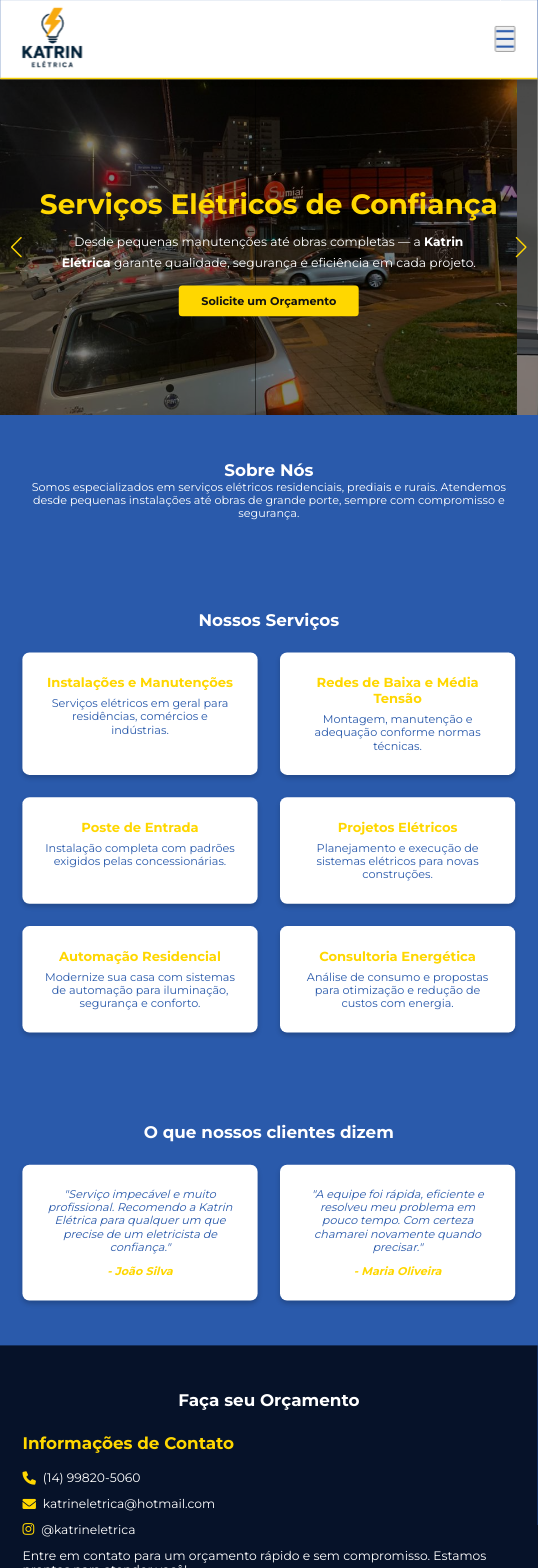
Repository: Jvcamargo1/katrin-site
Page: index.html
These files come from the project's save history. The page is drawn as it stood at one moment and after the next save; the edit follows.
The browser window is 768 px wide. The pictures show the part of the page from y = 0 to 2240 px (the page is 3013 px tall before and 2987 px after), at 70% of full size.

Above is the page before, as saved 2025-11-07 00:02:52.

### index.html
<!DOCTYPE html>
<html lang="pt-BR">
<head>
  <meta charset="UTF-8" />
  <meta name="viewport" content="width=device-width, initial-scale=1.0" />
  <title>Katrin Elétrica | Serviços Elétricos em Geral</title>
  <link rel="stylesheet" href="assets/css/style.css">
  <link rel="stylesheet" href="https://cdnjs.cloudflare.com/ajax/libs/font-awesome/6.0.0-beta3/css/all.min.css">
  <!-- 1. Adicionar o CSS do Swiper.js -->
  <link rel="stylesheet" href="https://cdn.jsdelivr.net/npm/swiper@11/swiper-bundle.min.css" />
</head>
<body>
  <header>
    <div class="logo">
      <img src="assets/images/logoke.png" alt="Logo Katrin Elétrica" />
    </div>
    <button class="menu-toggle" id="menu-toggle" aria-label="Abrir menu">
      <span class="bar"></span>
      <span class="bar"></span>
      <span class="bar"></span>
    </button>
    <nav id="nav">
      <a href="#sobre">Sobre</a>
      <a href="#servicos">Serviços</a>
      <a href="#depoimentos">Depoimentos</a>
      <a href="#contato">Contato</a>
    </nav>
  </header>

  <main>
    <section id="hero">
      <!-- Estrutura do Carrossel -->
      <div class="swiper hero-carousel">
        <div class="swiper-wrapper">
          <!-- Slides com imagens de exemplo (substitua pelas suas) -->
          <div class="swiper-slide"><img src="assets/images/servico-1.jpg" alt="Instalação de quadro elétrico"></div>
          <div class="swiper-slide"><img src="assets/images/servico-2.jpg" alt="Manutenção em rede de média tensão"></div>
          <div class="swiper-slide"><img src="assets/images/servico-3.jpg" alt="Projeto de automação residencial"></div>
        </div>
        <!-- Botões de navegação -->
        <div class="swiper-button-next"></div>
        <div class="swiper-button-prev"></div>
      </div>
      <!-- Conteúdo sobreposto -->
      <div class="hero-content">
        <h2>Serviços Elétricos de Confiança</h2>
        <p>Desde pequenas manutenções até obras completas — a <strong>Katrin Elétrica</strong> garante qualidade, segurança e eficiência em cada projeto.</p>
        <a href="#contato" class="cta-button">Solicite um Orçamento</a>
      </div>
    </section>

    <section id="sobre">
      <h2>Sobre Nós</h2>
      <p>Somos especializados em serviços elétricos residenciais, prediais e rurais. Atendemos desde pequenas instalações até obras de grande porte, sempre com compromisso e segurança.</p>
    </section>

    <section id="servicos">
      <h2>Nossos Serviços</h2>
      <div class="servicos ">
        <div class="card hidden">
          <h3>Instalações e Manutenções</h3>
          <p>Serviços elétricos em geral para residências, comércios e indústrias.</p>
        </div>
        <div class="card hidden">
          <h3>Redes de Baixa e Média Tensão</h3>
          <p>Montagem, manutenção e adequação conforme normas técnicas.</p>
        </div>
        <div class="card hidden">
          <h3>Poste de Entrada</h3>
          <p>Instalação completa com padrões exigidos pelas concessionárias.</p>
        </div>
        <div class="card hidden">
          <h3>Projetos Elétricos</h3>
          <p>Planejamento e execução de sistemas elétricos para novas construções.</p>
        </div>
        <div class="card hidden">
          <h3>Automação Residencial</h3>
          <p>Modernize sua casa com sistemas de automação para iluminação, segurança e conforto.</p>
        </div>
        <div class="card hidden">
          <h3>Consultoria Energética</h3>
          <p>Análise de consumo e propostas para otimização e redução de custos com energia.</p>
        </div>
      </div>
    </section>

    <section id="depoimentos">
      <h2>O que nossos clientes dizem</h2>
      <div class="depoimentos">
        <div class="depoimento-card hidden">
          <p>"Serviço impecável e muito profissional. Recomendo a Katrin Elétrica para qualquer um que precise de um eletricista de confiança."</p>
          <p class="autor">- João Silva</p>
        </div>
        <div class="depoimento-card hidden">
          <p>"A equipe foi rápida, eficiente e resolveu meu problema em pouco tempo. Com certeza chamarei novamente quando precisar."</p>
          <p class="autor">- Maria Oliveira</p>
        </div>
      </div>
    </section>

    <section id="contato">
      <h2>Faça seu Orçamento</h2>
      <div class="contato-wrapper">
        <div class="contato-info">
          <h3>Informações de Contato</h3>
          <p><i class="fas fa-phone"></i> <a href="https://wa.me/5514998205060" target="_blank">(14) 99820-5060</a></p>
          <p><i class="fas fa-envelope"></i> <a href="mailto:katrineletrica@hotmail.com">katrineletrica@hotmail.com</a></p>
          <p><i class="fab fa-instagram"></i> <a href="https://instagram.com/katrineletrica" target="_blank">@katrineletrica</a></p>
          <p>Entre em contato para um orçamento rápido e sem compromisso. Estamos prontos para atender você!</p>
        </div>
        <div class="contato-form-wrapper">
          <form class="contato-form" id="contact-form">
            <div class="form-group">
              <label for="nome">Nome</label>
              <input type="text" id="nome" name="nome" placeholder="Seu Nome" required>
            </div>
            <div class="form-group">
              <label for="email">E-mail</label>
              <input type="email" id="email" name="email" placeholder="Seu E-mail" required>
            </div>
            <div class="form-group">
              <label for="telefone">Telefone</label>
              <input type="tel" id="telefone" name="telefone" placeholder="(XX) XXXXX-XXXX">
            </div>
            <div class="form-group">
              <label for="mensagem">Mensagem</label>
              <textarea id="mensagem" name="mensagem" placeholder="Descreva o serviço que você precisa" required></textarea>
            </div>
            <button type="submit" class="cta-button">Enviar Pedido de Orçamento</button>
          </form>
          <p id="form-message"></p>
        </div>
      </div>
    </section>
  </main>

  <footer>
    <div class="social-links">
      <a href="https://instagram.com/katrineletrica" target="_blank"><img src="assets/images/instalogo.png" alt="Instagram" class="social-icon"></a>
      <a href="https://wa.me/5514998205060" target="_blank"><img src="assets/images/wpplogov.png" alt="WhatsApp" class="social-icon"></a>
    </div>
    <p id="footer-year">© 2025 Katrin Elétrica — Todos os direitos reservados.</p>
  </footer>

  <!-- 2. Adicionar o JavaScript do Swiper.js -->
  <script src="https://cdn.jsdelivr.net/npm/swiper@11/swiper-bundle.min.js"></script>

  <script>
    const toggle = document.getElementById("menu-toggle");
    const nav = document.getElementById("nav");
    toggle.addEventListener("click", () => nav.classList.toggle("active"));

    const contactForm = document.getElementById('contact-form');
    const formMessage = document.getElementById('form-message');
    const submitButton = contactForm.querySelector('button[type="submit"]');

    contactForm.addEventListener('submit', function (e) {
      e.preventDefault();

      const formData = new FormData(this);
      const data = {
        nome: formData.get('nome'),
        email: formData.get('email'),
        telefone: formData.get('telefone'),
        mensagem: formData.get('mensagem'),
      };

      // Mostra a mensagem de "Enviando..." e desabilita o botão
      formMessage.textContent = 'Enviando...';
      formMessage.style.color = 'var(--amarelo)';
      submitButton.disabled = true;

      // Simula um tempo de espera de 1.5 segundos (como se estivesse enviando)
      setTimeout(() => {
        // Exibe a mensagem de sucesso
        formMessage.textContent = 'Mensagem enviada com sucesso!';
        formMessage.style.color = 'lightgreen';

        // Limpa os campos do formulário
        contactForm.reset();

        // Reabilita o botão após o "envio"
        submitButton.disabled = false;

        // Opcional: faz a mensagem de sucesso desaparecer após 5 segundos
        setTimeout(() => {
          formMessage.textContent = '';
        }, 5000);
      }, 1500);
    });

    // Script para animação de entrada
    const observer = new IntersectionObserver((entries) => {
      entries.forEach((entry) => {
        if (entry.isIntersecting) {
          entry.target.classList.add('visible');
        }
      });
    });

    const hiddenElements = document.querySelectorAll('.hidden');
    hiddenElements.forEach((el) => observer.observe(el));

    // Script para atualizar o ano do rodapé automaticamente
    document.getElementById('footer-year').textContent = `© ${new Date().getFullYear()} Katrin Elétrica — Todos os direitos reservados.`;

    // 3. Inicializar o Swiper.js
    const swiper = new Swiper('.hero-carousel', {
      loop: true, // Faz o carrossel girar em loop
      autoplay: {
        delay: 5000, // Muda de imagem a cada 5 segundos
        disableOnInteraction: false,
      },
      navigation: {
        nextEl: '.swiper-button-next',
        prevEl: '.swiper-button-prev',
      },
    });
  </script>
</body>
</html>

### assets/css/style.css
@import url('https://fonts.googleapis.com/css2?family=Montserrat:wght@400;500;700&display=swap');

:root {
  --azul: #2a5aab;
  --amarelo: #ffd700;
  --branco: #ffffff;
  --preto: #121212;
}

html {
  scroll-padding-top: 100px; /* Compensa a altura do cabeçalho fixo */
}

* { box-sizing: border-box; margin: 0; padding: 0; }

body {
  font-family: 'Montserrat', sans-serif;
  background-color: var(--azul);
  color: var(--branco);
  scroll-behavior: smooth;
}

header {
  display: flex;
  justify-content: space-between;
  align-items: center;
  padding: 0.7rem 2rem;
  background-color: var(--branco); /* Alterado para branco */
  border-bottom: 2px solid var(--amarelo);
  position: sticky;
  top: 0;
  box-shadow: 0 2px 10px rgba(0, 0, 0, 0.2);
  z-index: 10;
}

.logo img {
  height: 85px;
  width: auto;
}

nav {
  display: flex;
  align-items: center;
}

nav a {
  color: var(--azul); /* Alterado para azul para contrastar com o fundo branco */
  text-decoration: none;
  margin-left: 1.5rem;
  font-weight: 500;
  transition: 0.3s;
}

nav a:hover {
  color: var(--amarelo);
}

.menu-toggle {
  display: none;
  flex-direction: column;
  cursor: pointer;
}

.menu-toggle .bar {
  width: 25px;
  height: 3px;
  background: var(--azul); /* Alterado para azul para combinar com os links */
  margin: 4px 0;
  transition: 0.3s;
}

@media (max-width: 768px) {
  nav {
    display: none;
    flex-direction: column;
    position: absolute;
    top: 70px;
    right: 0;
    width: 100%;
    background: var(--branco); /* Alterado para branco no menu mobile também */
    text-align: center;
    padding: 1rem 0;
    border-top: 1px solid var(--amarelo);
  }

  nav.active { display: flex; }

  .menu-toggle { display: flex; }

  nav a { margin: 1rem 0; font-size: 1.1rem; }
}

section { padding: 4rem 2rem; text-align: center; }

#hero {
  position: relative; /* Essencial para o conteúdo sobreposto */
  padding: 0; /* Removemos o padding para o carrossel ocupar tudo */
  height: 60vh; /* Altura da seção hero, ajuste conforme preferir */
  color: var(--branco);
}

.hero-carousel {
  position: absolute;
  top: 0;
  left: 0;
  width: 100%;
  height: 100%;
}

.hero-carousel .swiper-slide img {
  width: 100%;
  height: 100%;
  object-fit: cover; /* Garante que a imagem cubra o slide sem distorcer */
}

/* Adiciona uma sobreposição escura para melhorar a legibilidade do texto */
.hero-carousel::after {
  content: '';
  position: absolute;
  top: 0;
  left: 0;
  width: 100%;
  height: 100%;
  background-color: rgba(0, 0, 0, 0.5); /* Sobreposição preta com 50% de opacidade */
  z-index: 1;
}

.hero-content {
  position: relative; /* Fica acima do carrossel */
  z-index: 2;
  text-align: center;
  /* Centraliza o conteúdo verticalmente e horizontalmente */
  position: absolute;
  top: 50%;
  left: 50%;
  transform: translate(-50%, -50%);
  width: 90%; /* Garante que não toque as bordas em telas pequenas */
  max-width: 800px; /* Limita a largura do texto para melhor leitura */
}

.hero-content h2 {
  font-size: 2.5rem;
  color: var(--amarelo);
  font-weight: 700;
}

.hero-content p {
  max-width: 600px;
  margin: 1rem auto 2rem;
  font-size: 1.1rem;
  line-height: 1.6;
}

.cta-button {
  background-color: var(--amarelo);
  color: var(--preto);
  padding: 0.8rem 2rem;
  border-radius: 5px;
  text-decoration: none;
  font-weight: 700;
  transition: background-color 0.3s;
}

.cta-button:hover {
  background-color: #ffed4a;
}

/* Estilizando as setas de navegação do Swiper */
.swiper-button-next, .swiper-button-prev {
  color: var(--amarelo) !important;
}
.swiper-button-next:after, .swiper-button-prev:after {
  font-size: 30px !important;
}

#servicos h2 {
  margin-bottom: 2rem; /* Adiciona espaço abaixo do título "Nossos Serviços" */
}

#depoimentos h2 {
  margin-bottom: 2rem; /* Adiciona espaço abaixo do título "O que nossos clientes dizem" */
}

.servicos, .depoimentos {
  display: grid;
  grid-template-columns: repeat(auto-fit, minmax(250px, 1fr));
  gap: 2rem;
  max-width: 1000px;
  margin: auto;
}

.card, .depoimento-card {
  background-color: var(--branco);
  color: var(--azul);
  border-radius: 10px;
  padding: 2rem;
  box-shadow: 0 4px 8px rgba(0,0,0,0.2);
  transition: transform 0.3s;
}

.card:hover, .depoimento-card:hover {
  transform: translateY(-10px);
}

.card h3 {
  color: var(--amarelo);
  margin-bottom: 0.5rem;
}

.depoimento-card p {
  font-style: italic;
}

.depoimento-card .autor {
  margin-top: 1rem;
  font-weight: 700;
  color: var(--amarelo);
}

#contato p, #contato a {
  color: var(--branco);
  font-size: 1.1rem;
  text-decoration: none;
}

#contato a:hover { color: var(--amarelo); }

footer {
  background-color: #061229;
  padding: 2rem 1rem;
  text-align: center;
  color: #aaa;
  font-size: 0.9rem;
}

#contato {
  background-color: #061229;
}

#contato h2 {
  margin-bottom: 2rem; /* Adiciona espaço abaixo do título "Faça seu Orçamento" */
}

.contato-wrapper {
  display: flex;
  gap: 3rem;
  max-width: 1100px;
  margin: auto;
  align-items: flex-start;
}

.contato-info,
.contato-form-wrapper {
  flex: 1;
  text-align: left;
}

.contato-info h3 {
  color: var(--amarelo);
  margin-bottom: 1.5rem;
  font-size: 1.5rem;
}

.contato-info p {
  margin-bottom: 1rem;
  display: flex;
  align-items: center;
  gap: 10px;
}

.contato-info i {
  color: var(--amarelo);
  font-size: 1.2rem;
}

.contato-form .form-group {
  margin-bottom: 1.5rem;
}

.contato-form label {
  display: block;
  margin-bottom: 0.5rem;
  font-weight: 500;
  color: var(--branco);
}

.contato-form input,
.contato-form textarea {
  width: 100%;
  padding: 0.8rem;
  border: 1px solid var(--amarelo);
  border-radius: 5px;
  background-color: var(--azul);
  color: var(--branco);
  font-family: inherit;
}

.contato-form input:focus,
.contato-form textarea:focus {
  outline: none;
  border-color: var(--amarelo);
  box-shadow: 0 0 8px rgba(255, 215, 0, 0.5);
}

.contato-form input::placeholder,
.contato-form textarea::placeholder {
  color: #ccc;
}

.contato-form textarea {
  min-height: 120px;
  resize: vertical;
}

.contato-form .cta-button {
  width: 100%;
  border: none;
  cursor: pointer;
}

.social-links {
  margin-bottom: 1rem;
}

.social-icon {
  width: 30px;
  height: 30px;
  margin: 0 10px;
  transition: transform 0.3s;
}

.social-icon:hover {
  transform: scale(1.1);
}

@media (max-width: 768px) {
  .contato-wrapper {
    flex-direction: column;
  }
}

/* Estilos para animação de entrada */
.hidden {
  opacity: 0;
  transform: translateY(20px);
  transition: opacity 0.6s ease-out, transform 0.6s ease-out;
}

.visible {
  opacity: 1;
  transform: translateY(0);
}

After the next save:
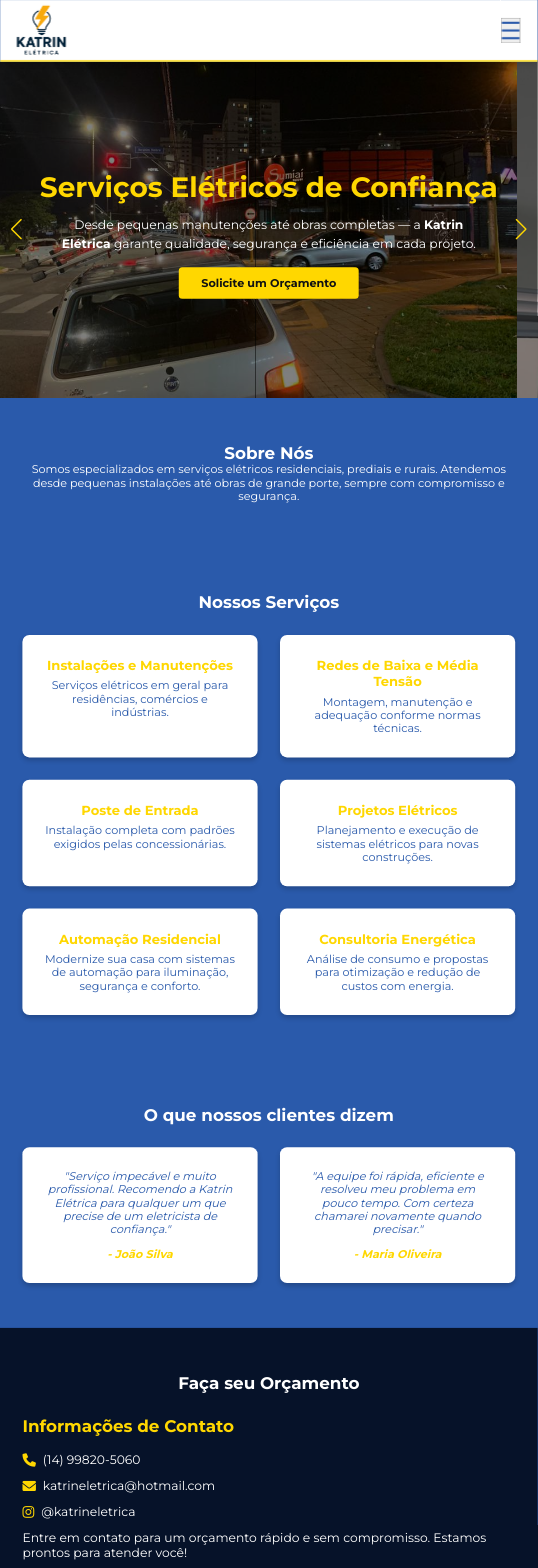
Saved 21 min 52 s later.
--- a/assets/css/style.css
+++ b/assets/css/style.css
@@ -33,6 +33,10 @@ header {
   z-index: 10;
 }
 
+.logo { /* Estilo para o link da logo */
+  display: flex; /* Para centralizar a imagem dentro do link, se necessário */
+}
+
 .logo img {
   height: 85px;
   width: auto;
@@ -68,6 +72,28 @@ nav a:hover {
   margin: 4px 0;
   transition: 0.3s;
 }
+
+/* Animação do ícone de hambúrguer para X */
+.menu-toggle.active .bar:nth-child(1) {
+  transform: translateY(7px) rotate(45deg);
+}
+
+.menu-toggle.active .bar:nth-child(2) {
+  opacity: 0;
+}
+
+.menu-toggle.active .bar:nth-child(3) {
+  transform: translateY(-7px) rotate(-45deg);
+}
+
+/* Estilos para o menu mobile */
+@media (max-width: 768px) {
+  header {
+    padding: 0.5rem 1.5rem; /* Ajuste o padding do cabeçalho em mobile */
+  }
+  .logo img { height: 70px; } /* Ajuste o tamanho da logo em mobile */
+}
+
 
 @media (max-width: 768px) {
   nav {
@@ -194,6 +220,7 @@ section { padding: 4rem 2rem; text-align: center; }
   color: var(--azul);
   border-radius: 10px;
   padding: 2rem;
+  text-align: center; /* Centraliza o texto nos cards de serviço */
   box-shadow: 0 4px 8px rgba(0,0,0,0.2);
   transition: transform 0.3s;
 }
@@ -331,6 +358,7 @@ footer {
 
 .social-icon:hover {
   transform: scale(1.1);
+  filter: brightness(1.2); /* Adiciona um brilho ao passar o mouse */
 }
 
 @media (max-width: 768px) {
